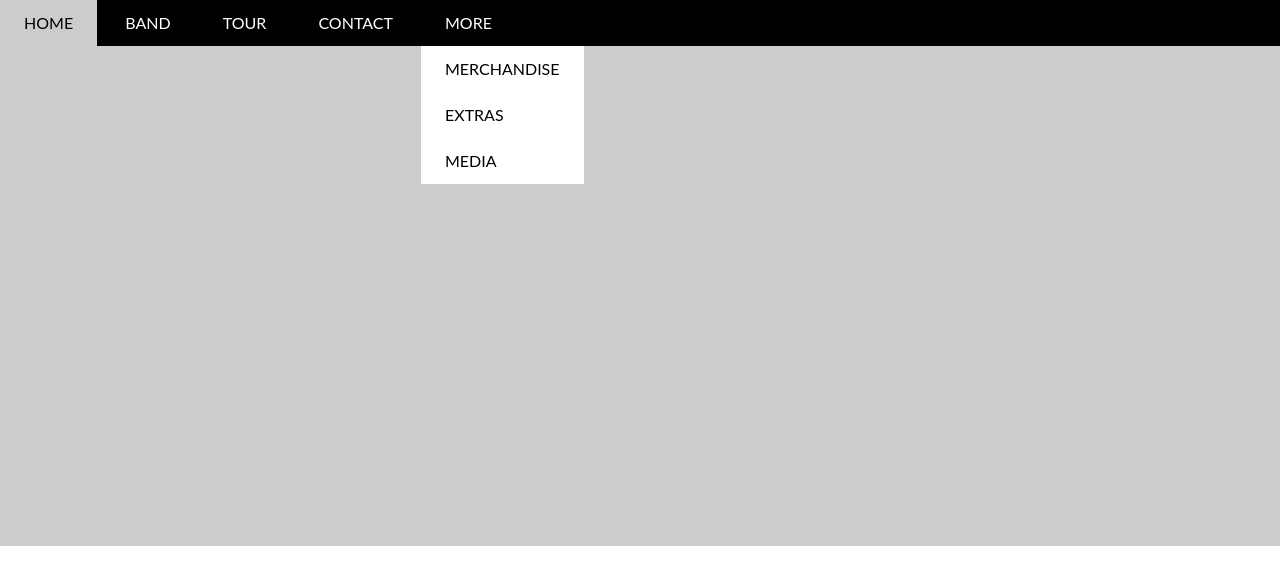
Repository: tatvanhco/web-dau-tay
Page: index.html
These files come from the project's save history. The page is drawn as it stood at one moment and after the next save; the edit follows.
The browser window is 1280 px wide. The pictures show the whole page.

Above is the page before, as saved 2022-01-23 16:50:13.

### index.html
<!DOCTYPE html>
<html lang="en">
<head>
    <meta charset="UTF-8">
    <!-- <meta http-equiv="X-UA-Compatible" content="IE=edge"> -->
    <meta name="viewport" content="width=device-width, initial-scale=1.0">
    <title>the band</title>
    <link rel="shortcut icon" href="./assets/img/band/logo.png" type="image/x-icon">
    <link rel="stylesheet" href="./assets/css/style.css">
    <link rel="stylesheet" href="./assets/css/responsive.css">
</head>
<body>
    <div id="main">
        <div id="header">
            <ul id="nav">
                <li><a href="#">home</a></li>
                <li><a href="#">band</a></li>
                <li><a href="#">tour</a></li>
                <li><a href="#">contact</a></li>
                <li>
                    <a href="#">more</a>
                <!-- <i class="drop-down ti-angle-down"></i> -->
                    <div class="subnav">
                        <ul>
                            <li><a href="">Merchandise</a></li>
                            <li><a href="">Extras</a></li>
                            <li><a href="">Media</a></li>
                        </ul>
                    </div>
                </li>
            </ul>
        </div>
        <div id="slide">

        </div>
        <div id="content">

        </div>
        <div id="footer">

        </div>
    </div>
</body>
</html>

### assets/css/style.css
* {
    margin: 0;
    padding: 0;
    box-sizing: border-box;
}

body {
    font-family: "Lato", sans-serif;
}

#header {
    width: 100%;
    height: 46px;
    background-color: #000;
}

#nav li {
    display: inline-block;
    position: relative;
}

#nav > li > a {
    color: #fff;
}

#nav li a {
    text-decoration: none;
    padding: 0 24px;
    line-height: 46px;
    text-transform: uppercase;
    display: block;
}

#nav .subnav li:hover a,
#nav > li:hover > a {
    background-color: #ccc;
    color: #000;
}

#nav .subnav {
    /* display: none; */
    position: absolute;
    background-color: #fff;
}

#nav .subnav a {
    color: #000;
}

#slide {
    min-height: 500px;
    background-color: #ccc;
}

Loaded but not shown: assets/css/responsive.css (no copy from this time; the picture is the same without it)

After the next save:
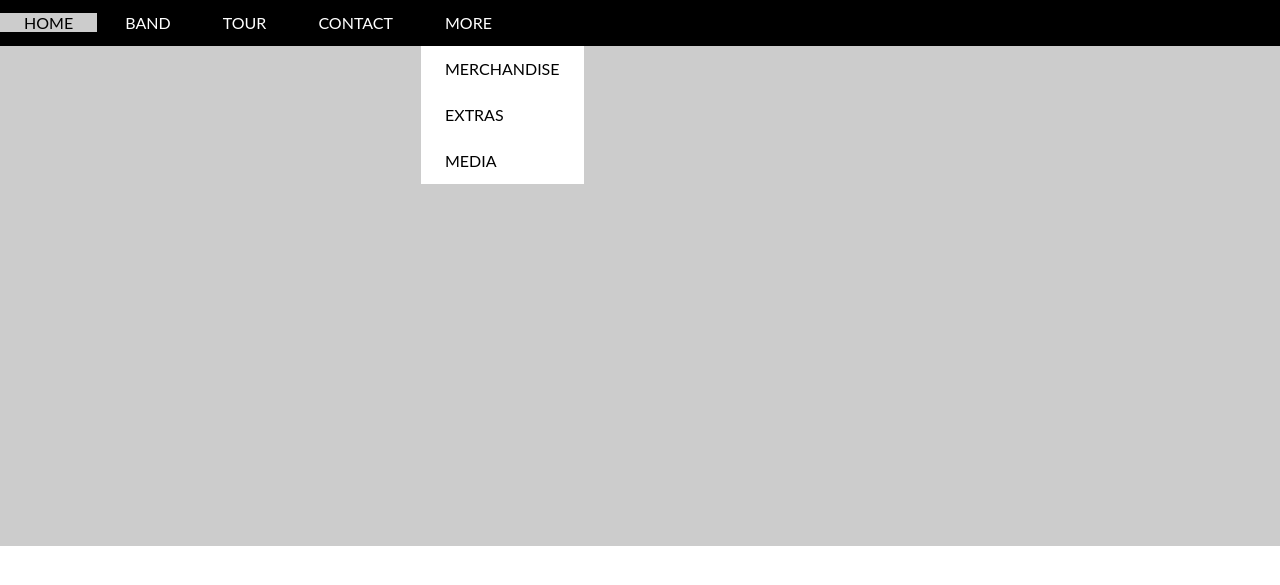
Saved 29 s later.
--- a/assets/css/style.css
+++ b/assets/css/style.css
@@ -28,7 +28,7 @@ body {
     padding: 0 24px;
     line-height: 46px;
     text-transform: uppercase;
-    display: block;
+    width: 100%;
 }
 
 #nav .subnav li:hover a,

After the 2 saves that followed:
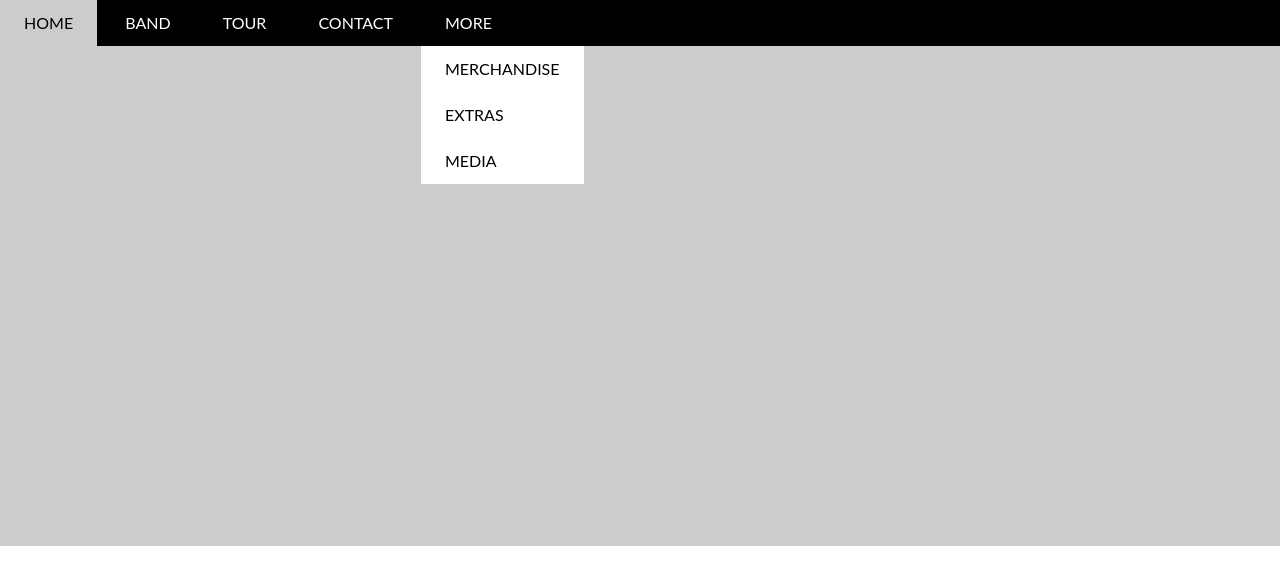
The 2 saves are shown as one change because 1 left the picture as it was.
The last was saved 90 s later.
--- a/assets/css/style.css
+++ b/assets/css/style.css
@@ -24,11 +24,12 @@ body {
 }
 
 #nav li a {
+    width: 100%;
     text-decoration: none;
-    padding: 0 24px;
+    padding: 14px 24px;
     line-height: 46px;
     text-transform: uppercase;
-    width: 100%;
+
 }
 
 #nav .subnav li:hover a,
